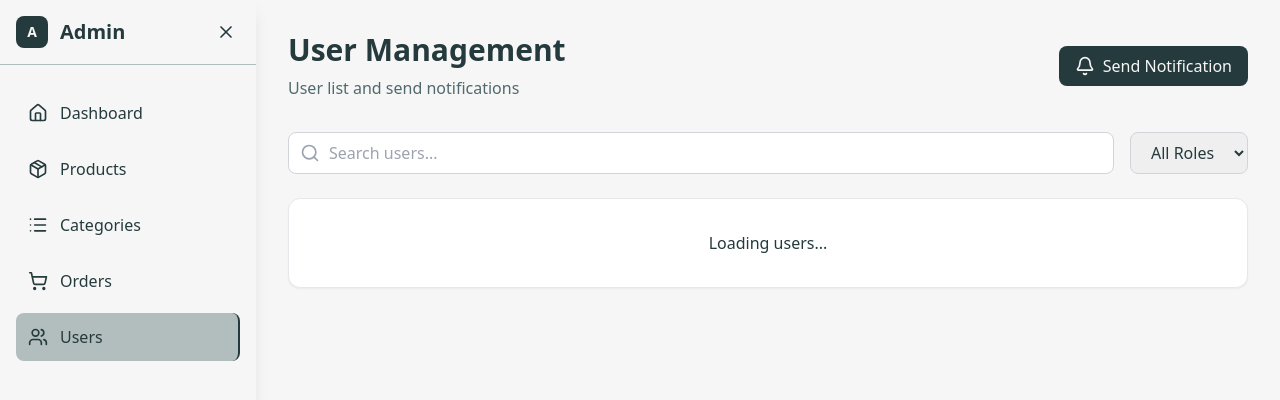
Repository: Tlyl1111/homz-admin
Page: /users
These files come from the project's save history. The page is drawn as it stood at one moment and after the next save; the edit follows.
The browser window is 1280 px wide. The pictures show the whole page.
The page's requests for data from a server got no answer. The project was rebuilt for these pictures with package versions that can differ from the ones it lists, and the page was loaded fresh each time. No one was signed in, and anything a server would have sent is missing. Also part of the build but not shown: vite.config.ts, src/components/ui/tooltip.tsx, src/components/DashboardStats.tsx, src/components/SalesChart.tsx, src/components/RecentOrders.tsx, src/pages/Index.tsx, src/components/ProductTable.tsx, src/components/ProductForm.tsx and 8 more.

Above is the page before, as saved 2025-06-11 13:16:42.

### index.html
<!DOCTYPE html>
<html lang="en">
  <head>
    <meta charset="UTF-8" />
    <meta name="viewport" content="width=device-width, initial-scale=1.0" />
    <title>Admin - Homz</title>
    <meta
      name="description"
      content="Admin management system for e-commerce website"
    />
    <meta name="author" content="Default" />

    <meta property="og:title" content="Admin - Homz" />
    <meta
      property="og:description"
      content="Admin management system for e-commerce website"
    />
    <meta property="og:type" content="website" />
    <meta property="og:image" content="./public/logo.png" />

    <meta name="twitter:card" content="summary_large_image" />
    <meta name="twitter:site" content="@lovable_dev" />
    <meta name="twitter:image" content="./public/logo.png" />
  </head>

  <body>
    <div id="root"></div>
    <script type="module" src="/src/main.tsx"></script>
  </body>
</html>

### src/App.tsx

import { Toaster } from "@/components/ui/toaster";
import { Toaster as Sonner } from "@/components/ui/sonner";
import { TooltipProvider } from "@/components/ui/tooltip";
import { QueryClient, QueryClientProvider } from "@tanstack/react-query";
import { BrowserRouter, Routes, Route } from "react-router-dom";
import Index from "./pages/Index";
import Products from "./pages/Products";
import Categories from "./pages/Categories";
import Orders from "./pages/Orders";
import Users from "./pages/Users";
import NotFound from "./pages/NotFound";

const queryClient = new QueryClient();

const App = () => (
  <QueryClientProvider client={queryClient}>
    <TooltipProvider>
      <Toaster />
      <Sonner />
      <BrowserRouter>
        <Routes>
          <Route path="/" element={<Index />} />
          <Route path="/products" element={<Products />} />
          <Route path="/categories" element={<Categories />} />
          <Route path="/orders" element={<Orders />} />
          <Route path="/users" element={<Users />} />
          {/* ADD ALL CUSTOM ROUTES ABOVE THE CATCH-ALL "*" ROUTE */}
          <Route path="*" element={<NotFound />} />
        </Routes>
      </BrowserRouter>
    </TooltipProvider>
  </QueryClientProvider>
);

export default App;

### src/index.css

@tailwind base;
@tailwind components;
@tailwind utilities;

/* Definition of the design system. All colors, gradients, fonts, etc should be defined here. */

@layer base {
  :root {
    --background: 0 0% 96.5%; /* #F6F6F6 */
    --foreground: 185 23% 19%; /* #325052 */

    --card: 0 0% 96.5%; /* #F6F6F6 */
    --card-foreground: 185 23% 19%; /* #325052 */

    --popover: 0 0% 96.5%; /* #F6F6F6 */
    --popover-foreground: 185 23% 19%; /* #325052 */

    --primary: 185 23% 19%; /* #325052 */
    --primary-foreground: 0 0% 96.5%; /* #F6F6F6 */

    --secondary: 180 8% 72%; /* #ADB9BA */
    --secondary-foreground: 185 23% 19%; /* #325052 */

    --muted: 180 8% 72%; /* #ADB9BA */
    --muted-foreground: 185 14% 37%; /* #5B7375 */

    --accent: 180 8% 72%; /* #ADB9BA */
    --accent-foreground: 185 23% 19%; /* #325052 */

    --destructive: 0 84.2% 60.2%;
    --destructive-foreground: 0 0% 96.5%;

    --border: 180 8% 72%; /* #ADB9BA */
    --input: 180 8% 72%; /* #ADB9BA */
    --ring: 185 23% 19%; /* #325052 */

    --radius: 0.5rem;

    --sidebar-background: 0 0% 96.5%; /* #F6F6F6 */
    --sidebar-foreground: 185 23% 19%; /* #325052 */
    --sidebar-primary: 185 23% 19%; /* #325052 */
    --sidebar-primary-foreground: 0 0% 96.5%; /* #F6F6F6 */
    --sidebar-accent: 180 8% 72%; /* #ADB9BA */
    --sidebar-accent-foreground: 185 23% 19%; /* #325052 */
    --sidebar-border: 180 8% 72%; /* #ADB9BA */
    --sidebar-ring: 185 23% 19%; /* #325052 */
  }

  .dark {
    --background: 185 23% 19%; /* #325052 */
    --foreground: 0 0% 96.5%; /* #F6F6F6 */

    --card: 185 23% 19%; /* #325052 */
    --card-foreground: 0 0% 96.5%; /* #F6F6F6 */

    --popover: 185 23% 19%; /* #325052 */
    --popover-foreground: 0 0% 96.5%; /* #F6F6F6 */

    --primary: 0 0% 96.5%; /* #F6F6F6 */
    --primary-foreground: 185 23% 19%; /* #325052 */

    --secondary: 185 14% 37%; /* #5B7375 */
    --secondary-foreground: 0 0% 96.5%; /* #F6F6F6 */

    --muted: 185 14% 37%; /* #5B7375 */
    --muted-foreground: 180 8% 72%; /* #ADB9BA */

    --accent: 185 14% 37%; /* #5B7375 */
    --accent-foreground: 0 0% 96.5%; /* #F6F6F6 */

    --destructive: 0 62.8% 30.6%;
    --destructive-foreground: 0 0% 96.5%;

    --border: 185 14% 37%; /* #5B7375 */
    --input: 185 14% 37%; /* #5B7375 */
    --ring: 0 0% 96.5%; /* #F6F6F6 */
    --sidebar-background: 185 23% 19%; /* #325052 */
    --sidebar-foreground: 0 0% 96.5%; /* #F6F6F6 */
    --sidebar-primary: 0 0% 96.5%; /* #F6F6F6 */
    --sidebar-primary-foreground: 185 23% 19%; /* #325052 */
    --sidebar-accent: 185 14% 37%; /* #5B7375 */
    --sidebar-accent-foreground: 0 0% 96.5%; /* #F6F6F6 */
    --sidebar-border: 185 14% 37%; /* #5B7375 */
    --sidebar-ring: 0 0% 96.5%; /* #F6F6F6 */
  }
}

@layer base {
  * {
    @apply border-border;
  }

  body {
    @apply bg-background text-foreground;
  }
}

### src/components/ui/toaster.tsx
import { useToast } from "@/hooks/use-toast"
import {
  Toast,
  ToastClose,
  ToastDescription,
  ToastProvider,
  ToastTitle,
  ToastViewport,
} from "@/components/ui/toast"

export function Toaster() {
  const { toasts } = useToast()

  return (
    <ToastProvider>
      {toasts.map(function ({ id, title, description, action, ...props }) {
        return (
          <Toast key={id} {...props}>
            <div className="grid gap-1">
              {title && <ToastTitle>{title}</ToastTitle>}
              {description && (
                <ToastDescription>{description}</ToastDescription>
              )}
            </div>
            {action}
            <ToastClose />
          </Toast>
        )
      })}
      <ToastViewport />
    </ToastProvider>
  )
}

### src/components/ui/sonner.tsx
import { useTheme } from "next-themes"
import { Toaster as Sonner, toast } from "sonner"

type ToasterProps = React.ComponentProps<typeof Sonner>

const Toaster = ({ ...props }: ToasterProps) => {
  const { theme = "system" } = useTheme()

  return (
    <Sonner
      theme={theme as ToasterProps["theme"]}
      className="toaster group"
      toastOptions={{
        classNames: {
          toast:
            "group toast group-[.toaster]:bg-background group-[.toaster]:text-foreground group-[.toaster]:border-border group-[.toaster]:shadow-lg",
          description: "group-[.toast]:text-muted-foreground",
          actionButton:
            "group-[.toast]:bg-primary group-[.toast]:text-primary-foreground",
          cancelButton:
            "group-[.toast]:bg-muted group-[.toast]:text-muted-foreground",
        },
      }}
      {...props}
    />
  )
}

export { Toaster, toast }

### src/pages/Users.tsx

import { useState } from "react";
import { Sidebar } from "../components/Sidebar";
import { UserTable } from "../components/UserTable";
import { UserFilters } from "../components/UserFilters";
import { NotificationForm } from "../components/NotificationForm";
import { Bell } from "lucide-react";

const Users = () => {
  const [sidebarOpen, setSidebarOpen] = useState(true);
  const [showNotificationForm, setShowNotificationForm] = useState(false);
  const [filters, setFilters] = useState({
    search: "",
    role: ""
  });

  const handleSearchChange = (search: string) => {
    setFilters(prev => ({ ...prev, search }));
  };

  const handleRoleChange = (role: string) => {
    setFilters(prev => ({ ...prev, role }));
  };

  return (
    <div className="min-h-screen bg-background flex">
      <Sidebar isOpen={sidebarOpen} onToggle={() => setSidebarOpen(!sidebarOpen)} />

      <div className={`flex-1 transition-all duration-300 ${sidebarOpen ? 'ml-64' : 'ml-16'}`}>
        <div className="p-8">
          <div className="flex justify-between items-center mb-8">
            <div>
              <h1 className="text-3xl font-bold text-foreground mb-2">User Management</h1>
              <p className="text-muted-foreground">User list and send notifications</p>
            </div>
            <button
              onClick={() => setShowNotificationForm(true)}
              className="bg-primary hover:bg-primary/90 text-primary-foreground px-4 py-2 rounded-lg flex items-center gap-2 transition-colors"
            >
              <Bell size={20} />
              Send Notification
            </button>
          </div>

          {!showNotificationForm && (
            <UserFilters
              onSearchChange={handleSearchChange}
              onRoleChange={handleRoleChange}
            />
          )}

          {showNotificationForm ? (
            <NotificationForm onClose={() => setShowNotificationForm(false)} />
          ) : (
            <UserTable filters={filters} />
          )}
        </div>
      </div>
    </div>
  );
};

export default Users;

### src/components/ui/toast.tsx
import * as React from "react"
import * as ToastPrimitives from "@radix-ui/react-toast"
import { cva, type VariantProps } from "class-variance-authority"
import { X } from "lucide-react"

import { cn } from "@/lib/utils"

const ToastProvider = ToastPrimitives.Provider

const ToastViewport = React.forwardRef<
  React.ElementRef<typeof ToastPrimitives.Viewport>,
  React.ComponentPropsWithoutRef<typeof ToastPrimitives.Viewport>
>(({ className, ...props }, ref) => (
  <ToastPrimitives.Viewport
    ref={ref}
    className={cn(
      "fixed top-0 z-[100] flex max-h-screen w-full flex-col-reverse p-4 sm:bottom-0 sm:right-0 sm:top-auto sm:flex-col md:max-w-[420px]",
      className
    )}
    {...props}
  />
))
ToastViewport.displayName = ToastPrimitives.Viewport.displayName

const toastVariants = cva(
  "group pointer-events-auto relative flex w-full items-center justify-between space-x-4 overflow-hidden rounded-md border p-6 pr-8 shadow-lg transition-all data-[swipe=cancel]:translate-x-0 data-[swipe=end]:translate-x-[var(--radix-toast-swipe-end-x)] data-[swipe=move]:translate-x-[var(--radix-toast-swipe-move-x)] data-[swipe=move]:transition-none data-[state=open]:animate-in data-[state=closed]:animate-out data-[swipe=end]:animate-out data-[state=closed]:fade-out-80 data-[state=closed]:slide-out-to-right-full data-[state=open]:slide-in-from-top-full data-[state=open]:sm:slide-in-from-bottom-full",
  {
    variants: {
      variant: {
        default: "border bg-background text-foreground",
        destructive:
          "destructive group border-destructive bg-destructive text-destructive-foreground",
      },
    },
    defaultVariants: {
      variant: "default",
    },
  }
)

const Toast = React.forwardRef<
  React.ElementRef<typeof ToastPrimitives.Root>,
  React.ComponentPropsWithoutRef<typeof ToastPrimitives.Root> &
    VariantProps<typeof toastVariants>
>(({ className, variant, ...props }, ref) => {
  return (
    <ToastPrimitives.Root
      ref={ref}
      className={cn(toastVariants({ variant }), className)}
      {...props}
    />
  )
})
Toast.displayName = ToastPrimitives.Root.displayName

const ToastAction = React.forwardRef<
  React.ElementRef<typeof ToastPrimitives.Action>,
  React.ComponentPropsWithoutRef<typeof ToastPrimitives.Action>
>(({ className, ...props }, ref) => (
  <ToastPrimitives.Action
    ref={ref}
    className={cn(
      "inline-flex h-8 shrink-0 items-center justify-center rounded-md border bg-transparent px-3 text-sm font-medium ring-offset-background transition-colors hover:bg-secondary focus:outline-none focus:ring-2 focus:ring-ring focus:ring-offset-2 disabled:pointer-events-none disabled:opacity-50 group-[.destructive]:border-muted/40 group-[.destructive]:hover:border-destructive/30 group-[.destructive]:hover:bg-destructive group-[.destructive]:hover:text-destructive-foreground group-[.destructive]:focus:ring-destructive",
      className
    )}
    {...props}
  />
))
ToastAction.displayName = ToastPrimitives.Action.displayName

const ToastClose = React.forwardRef<
  React.ElementRef<typeof ToastPrimitives.Close>,
  React.ComponentPropsWithoutRef<typeof ToastPrimitives.Close>
>(({ className, ...props }, ref) => (
  <ToastPrimitives.Close
    ref={ref}
    className={cn(
      "absolute right-2 top-2 rounded-md p-1 text-foreground/50 opacity-0 transition-opacity hover:text-foreground focus:opacity-100 focus:outline-none focus:ring-2 group-hover:opacity-100 group-[.destructive]:text-red-300 group-[.destructive]:hover:text-red-50 group-[.destructive]:focus:ring-red-400 group-[.destructive]:focus:ring-offset-red-600",
      className
    )}
    toast-close=""
    {...props}
  >
    <X className="h-4 w-4" />
  </ToastPrimitives.Close>
))
ToastClose.displayName = ToastPrimitives.Close.displayName

const ToastTitle = React.forwardRef<
  React.ElementRef<typeof ToastPrimitives.Title>,
  React.ComponentPropsWithoutRef<typeof ToastPrimitives.Title>
>(({ className, ...props }, ref) => (
  <ToastPrimitives.Title
    ref={ref}
    className={cn("text-sm font-semibold", className)}
    {...props}
  />
))
ToastTitle.displayName = ToastPrimitives.Title.displayName

const ToastDescription = React.forwardRef<
  React.ElementRef<typeof ToastPrimitives.Description>,
  React.ComponentPropsWithoutRef<typeof ToastPrimitives.Description>
>(({ className, ...props }, ref) => (
  <ToastPrimitives.Description
    ref={ref}
    className={cn("text-sm opacity-90", className)}
    {...props}
  />
))
ToastDescription.displayName = ToastPrimitives.Description.displayName

type ToastProps = React.ComponentPropsWithoutRef<typeof Toast>

type ToastActionElement = React.ReactElement<typeof ToastAction>

export {
  type ToastProps,
  type ToastActionElement,
  ToastProvider,
  ToastViewport,
  Toast,
  ToastTitle,
  ToastDescription,
  ToastClose,
  ToastAction,
}

### src/components/Sidebar.tsx

import { Link, useLocation } from "react-router-dom";
import { Home, Package, ShoppingCart, Users, Menu, X, List } from "lucide-react";

interface SidebarProps {
  isOpen: boolean;
  onToggle: () => void;
}

export const Sidebar = ({ isOpen, onToggle }: SidebarProps) => {
  const location = useLocation();

  const menuItems = [
    { name: "Dashboard", icon: Home, path: "/" },
    { name: "Products", icon: Package, path: "/products" },
    { name: "Categories", icon: List, path: "/categories" },
    { name: "Orders", icon: ShoppingCart, path: "/orders" },
    { name: "Users", icon: Users, path: "/users" },
  ];

  return (
    <div className={`fixed left-0 top-0 h-full bg-sidebar shadow-lg transition-all duration-300 z-50 ${
      isOpen ? 'w-64' : 'w-16'
    }`}>
      <div className="p-4 border-b border-sidebar-border">
        <div className="flex items-center justify-between">
          <div className={`flex items-center ${isOpen ? '' : 'justify-center'}`}>
            <div className="w-8 h-8 bg-primary rounded-lg flex items-center justify-center">
              <span className="text-primary-foreground font-bold text-sm">A</span>
            </div>
            {isOpen && (
              <span className="ml-3 text-xl font-bold text-sidebar-foreground">Admin</span>
            )}
          </div>
          <button
            onClick={onToggle}
            className="p-1 hover:bg-sidebar-accent rounded-md transition-colors"
          >
            {isOpen ? <X size={20} /> : <Menu size={20} />}
          </button>
        </div>
      </div>

      <nav className="mt-6 px-4">
        {menuItems.map((item) => {
          const isActive = location.pathname === item.path;
          return (
            <Link
              key={item.name}
              to={item.path}
              className={`flex items-center px-3 py-3 mb-2 rounded-lg transition-colors ${
                isActive
                  ? 'bg-sidebar-accent text-sidebar-primary border-r-2 border-sidebar-primary'
                  : 'text-sidebar-foreground hover:bg-sidebar-accent'
              } ${isOpen ? '' : 'justify-center'}`}
            >
              <item.icon size={20} />
              {isOpen && <span className="ml-3 font-medium">{item.name}</span>}
            </Link>
          );
        })}
      </nav>
    </div>
  );
};

### src/components/UserTable.tsx

import { Edit, Trash2 } from "lucide-react";
import { useQuery } from "@tanstack/react-query";
import { supabase } from "@/integrations/supabase/client";

export const UserTable = () => {
  const { data: users = [], isLoading, error } = useQuery({
    queryKey: ['users'],
    queryFn: async () => {
      const { data, error } = await supabase
        .from('Users')
        .select('*')
        .order('Name', { ascending: true });

      if (error) {
        console.error('Error fetching users:', error);
        throw error;
      }

      return data || [];
    }
  });

  const formatPrice = (price: number) => {
    return new Intl.NumberFormat('en-US', {
      style: 'currency',
      currency: 'USD'
    }).format(price);
  };


  if (isLoading) {
    return (
      <div className="bg-white rounded-xl shadow-sm border border-gray-200 p-8">
        <div className="text-center">Loading users...</div>
      </div>
    );
  }

  if (error) {
    return (
      <div className="bg-white rounded-xl shadow-sm border border-gray-200 p-8">
        <div className="text-center text-red-600">Error loading users: {error.message}</div>
      </div>
    );
  }

  if (users.length === 0) {
    return (
      <div className="bg-white rounded-xl shadow-sm border border-gray-200 p-8">
        <div className="text-center text-gray-500">No users found</div>
      </div>
    );
  }

  return (
    <div className="bg-white rounded-xl shadow-sm border border-gray-200 overflow-hidden">
      <div className="overflow-x-auto">
        <table className="w-full">
          <thead className="bg-gray-50 border-b border-gray-200">
            <tr>
              <th className="px-6 py-4 text-left text-xs font-medium text-gray-500 uppercase tracking-wider">
                User
              </th>
              <th className="px-6 py-4 text-left text-xs font-medium text-gray-500 uppercase tracking-wider">
                Contact
              </th>
              <th className="px-6 py-4 text-left text-xs font-medium text-gray-500 uppercase tracking-wider">
                Role
              </th>
            </tr>
          </thead>
          <tbody className="divide-y divide-gray-200">
            {users.map((user) => (
              <tr key={user.Uid} className="hover:bg-gray-50">
                <td className="px-6 py-4 whitespace-nowrap">
                  <div className="flex items-center">
                    <div className="w-10 h-10 rounded-full bg-gray-200 mr-4 flex items-center justify-center">
                      <span className="text-sm text-gray-500">
                        {user.Name?.charAt(0)?.toUpperCase() || 'U'}
                      </span>
                    </div>
                    <div>
                      <div className="text-sm font-medium text-gray-900">{user.Name || 'Unknown User'}</div>
                      <div className="text-sm text-gray-500">ID: {user.Uid}</div>
                    </div>
                  </div>
                </td>
                <td className="px-6 py-4 whitespace-nowrap">
                  <div>
                    <div className="text-sm text-gray-900">{user.Email || 'No email'}</div>
                    <div className="text-sm text-gray-500">User ID: {user.Uid}</div>
                  </div>
                </td>
                <td className="px-6 py-4 whitespace-nowrap">
                <span className={`px-2 py-1 rounded-full text-xs font-medium ${
                  user.role === 'admin'
                    ? 'bg-red-100 text-red-800'
                    : 'bg-blue-100 text-blue-800'
                }`}>
                  {user.role || 'N/A'}
                </span>
                </td>
              </tr>
            ))}
          </tbody>
        </table>
      </div>
    </div>
  );
};

### src/components/UserFilters.tsx

import { useState } from "react";
import { Search } from "lucide-react";

interface UserFiltersProps {
  onSearchChange: (search: string) => void;
  onRoleChange: (role: string) => void;
}

export const UserFilters = ({ onSearchChange, onRoleChange }: UserFiltersProps) => {
  const [searchTerm, setSearchTerm] = useState("");
  const [selectedRole, setSelectedRole] = useState("");

  const handleSearchChange = (value: string) => {
    setSearchTerm(value);
    onSearchChange(value);
  };

  const handleRoleChange = (value: string) => {
    setSelectedRole(value);
    onRoleChange(value);
  };

  return (
    <div className="mb-6">
      <div className="flex flex-col md:flex-row gap-4">
        <div className="relative flex-1">
          <Search className="absolute left-3 top-1/2 transform -translate-y-1/2 text-gray-400" size={20} />
          <input
            type="text"
            placeholder="Search users..."
            value={searchTerm}
            onChange={(e) => handleSearchChange(e.target.value)}
            className="w-full pl-10 pr-4 py-2 border border-gray-300 rounded-lg focus:ring-2 focus:ring-blue-500"
          />
        </div>

        <select
          value={selectedRole}
          onChange={(e) => handleRoleChange(e.target.value)}
          className="px-4 py-2 border border-gray-300 rounded-lg focus:ring-2 focus:ring-blue-500"
        >
          <option value="">All Roles</option>
          <option value="admin">Admin</option>
          <option value="user">User</option>
        </select>
      </div>
    </div>
  );
};

### src/integrations/supabase/client.ts
// This file is automatically generated. Do not edit it directly.
import { createClient } from '@supabase/supabase-js';
import type { Database } from './types';

const SUPABASE_URL = "https://yyatkmqoydfwfolblruu.supabase.co";
const SUPABASE_PUBLISHABLE_KEY = "eyJhbGciOiJIUzI1NiIsInR5cCI6IkpXVCJ9.eyJpc3MiOiJzdXBhYmFzZSIsInJlZiI6Inl5YXRrbXFveWRmd2ZvbGJscnV1Iiwicm9sZSI6ImFub24iLCJpYXQiOjE3NDg0NDAzNDQsImV4cCI6MjA2NDAxNjM0NH0.g0uIIvWhHiqnnspw5nV1YvXHmZFlytlJkcVAcnBeQ6s";

// Import the supabase client like this:
// import { supabase } from "@/integrations/supabase/client";

export const supabase = createClient<Database>(SUPABASE_URL, SUPABASE_PUBLISHABLE_KEY);

Loaded but not shown: src/main.tsx (common file); src/hooks/use-toast.ts (common file); src/lib/utils.ts (common file); tailwind.config.ts (common file)

After the next save:
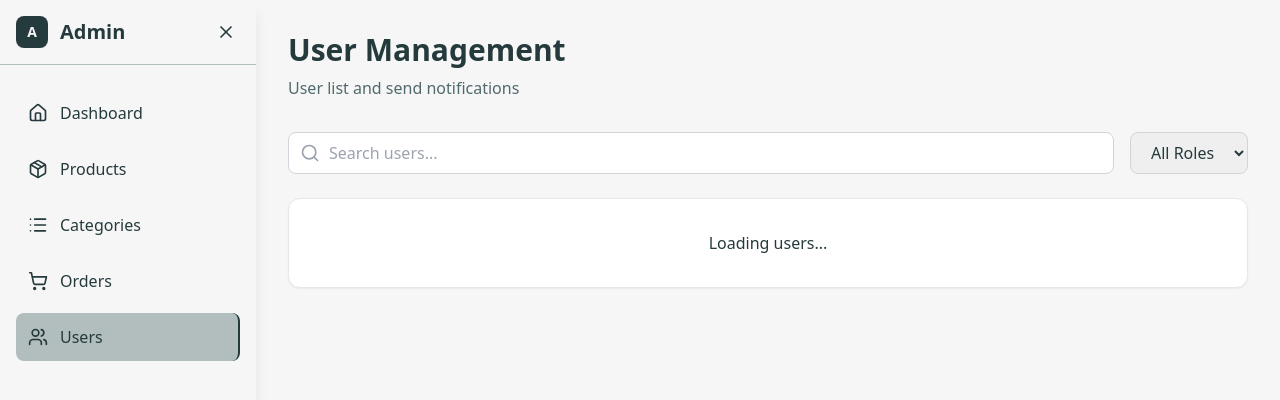
Saved 68 s later.
--- a/src/pages/Users.tsx
+++ b/src/pages/Users.tsx
@@ -33,13 +33,7 @@ const Users = () => {
               <h1 className="text-3xl font-bold text-foreground mb-2">User Management</h1>
               <p className="text-muted-foreground">User list and send notifications</p>
             </div>
-            <button
-              onClick={() => setShowNotificationForm(true)}
-              className="bg-primary hover:bg-primary/90 text-primary-foreground px-4 py-2 rounded-lg flex items-center gap-2 transition-colors"
-            >
-              <Bell size={20} />
-              Send Notification
-            </button>
+
           </div>
 
           {!showNotificationForm && (
